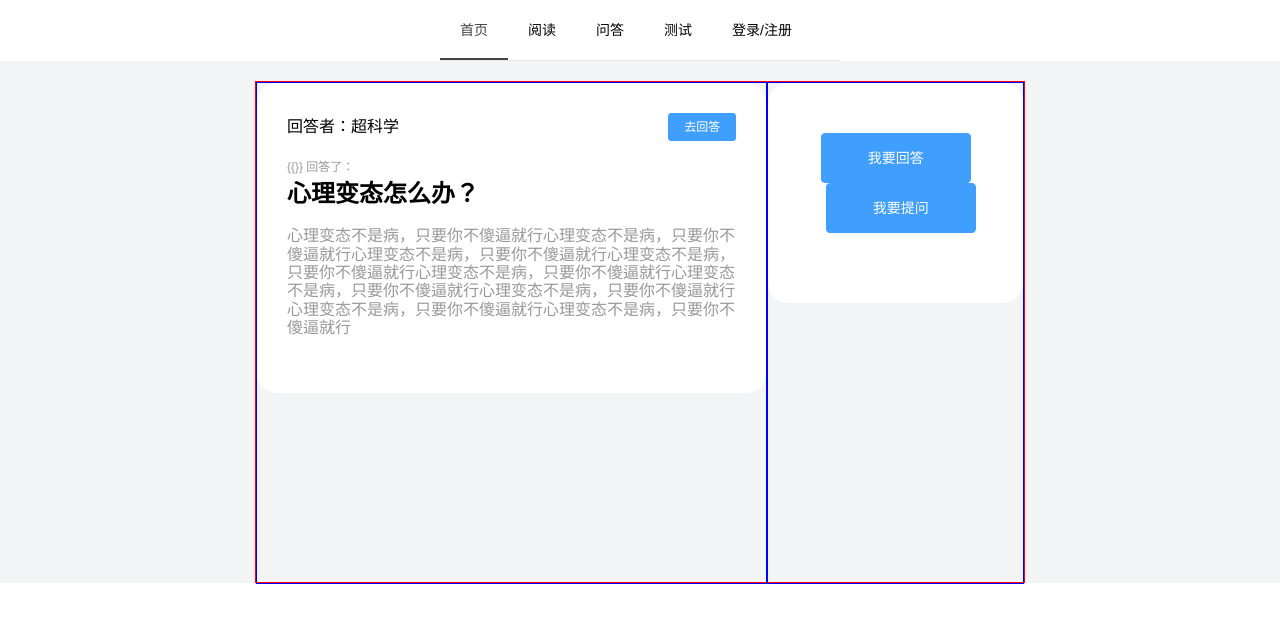
Repository: shengligo/xyx_vue_v1
Page: /qs
An editor plug-in stored every save of this project. The page is shown before and after the next save, followed by the edit.
The browser window is 1280 px wide. The pictures show the whole page.
The project was rebuilt for these pictures with package versions that can differ from the ones it lists, and the page was loaded fresh each time. Also part of the build but not shown: vue.config.js, src/views/home/childComps/Art.vue, src/views/author/authors.vue.

Above is the page before, as saved 2021-09-04 16:22:05.

After the next save:
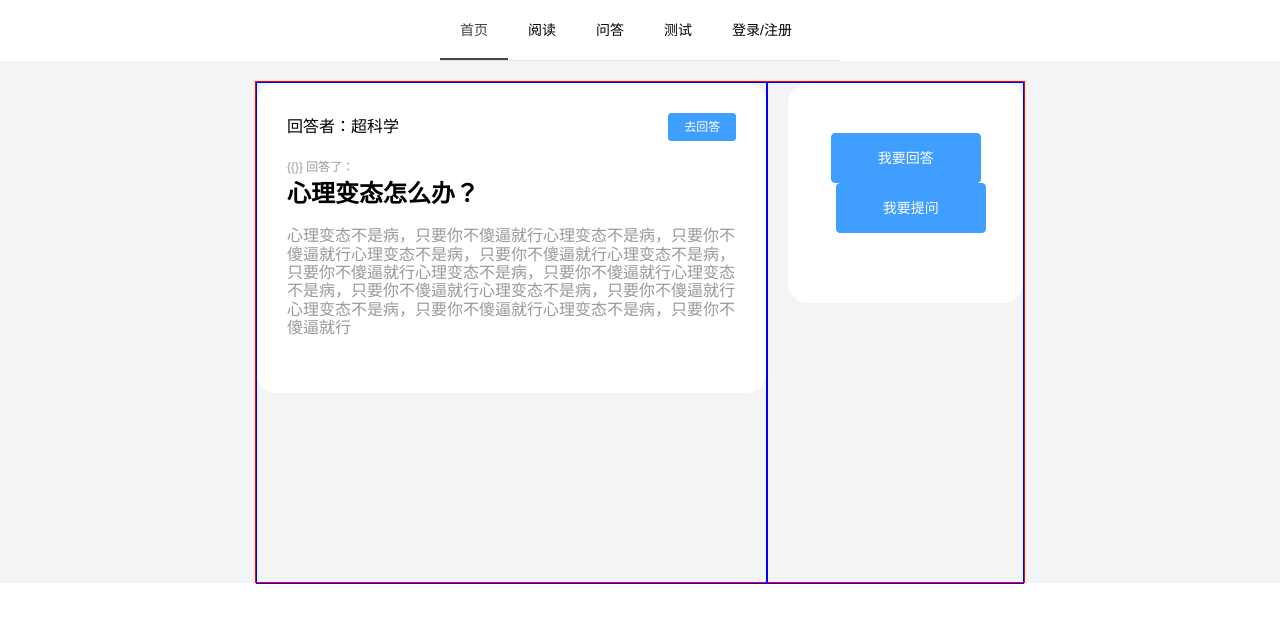
Saved 28 s later.
--- a/src/views/questions/Question.vue
+++ b/src/views/questions/Question.vue
@@ -103,6 +103,7 @@ export default {
   color: #999;
 }
 .leftbox {
+  margin-left: 20px;
   padding: 50px 30px;
   height: 120px;
   border-radius: 20px;
